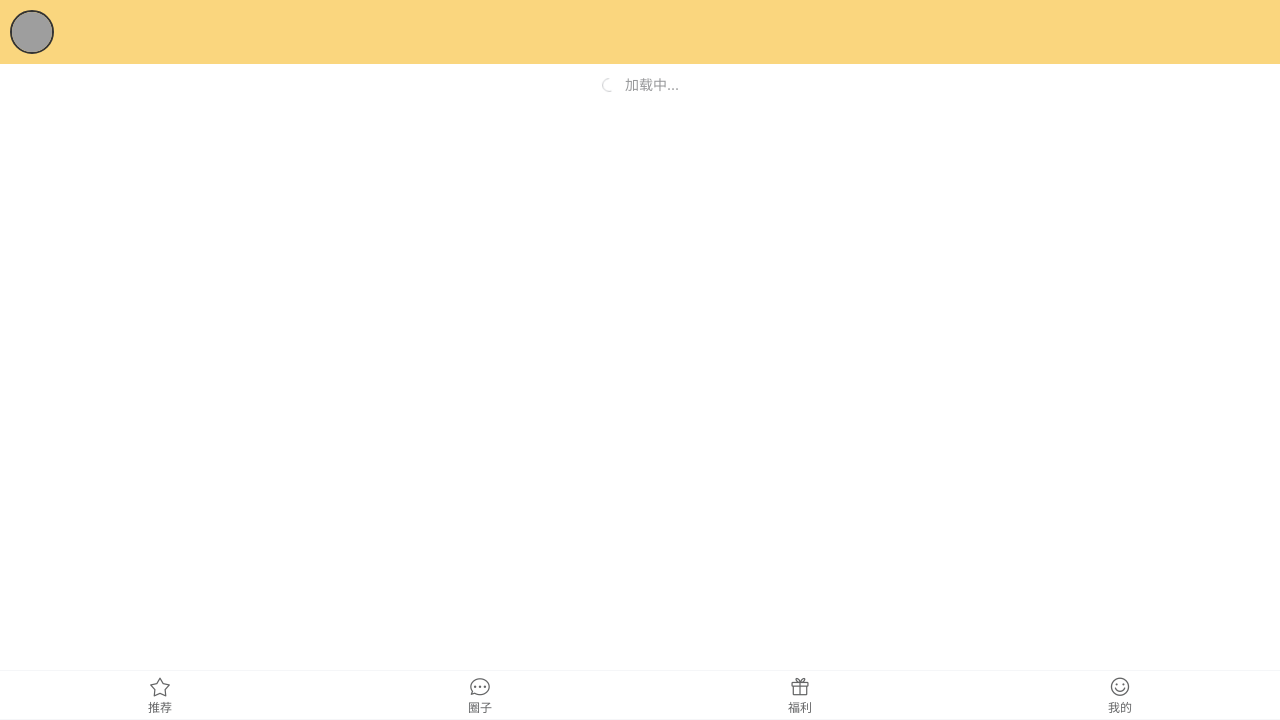
Repository: pbw-langwang/dm
Page: /#/fabu (app in dm_vue/)
An editor plug-in stored every save of this project. The page is shown before and after the next save, followed by the edit.
The browser window is 1280 px wide. The pictures show the whole page.
The project was rebuilt for these pictures with package versions that can differ from the ones it lists, and the page was loaded fresh each time. Also part of the build but not shown: dm_vue/src/components/HelloWorld.vue, dm_vue/src/components/video.vue, dm_vue/src/components/setting.vue, dm_vue/src/components/gift.vue, dm_vue/src/components/Regist.vue, dm_vue/src/components/history.vue, dm_vue/src/components/Search.vue, dm_vue/src/components/SearchList.vue and 2 more.

Above is the page before, as saved 2021-06-22 15:48:44.

After the next save:
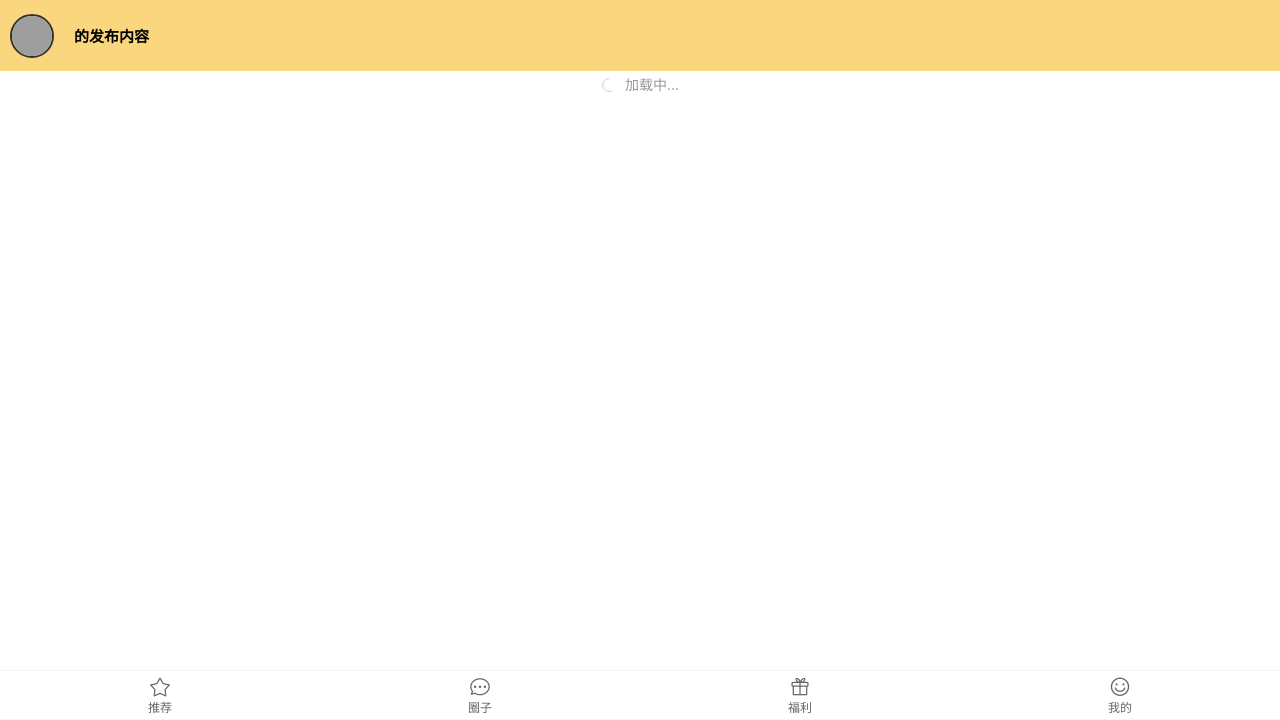
Saved 29 s later.
--- a/dm_vue/src/components/fabu.vue
+++ b/dm_vue/src/components/fabu.vue
@@ -2,7 +2,7 @@
   <div>
     <div class="top">
       <img :src="picIp+userimg" />
-      <p class="name">{{username}}</p>
+      <p class="name">{{username}} 的发布内容</p>
     </div>
 
     <van-pull-refresh v-model="refreshing" @refreshing="onRefresh">
